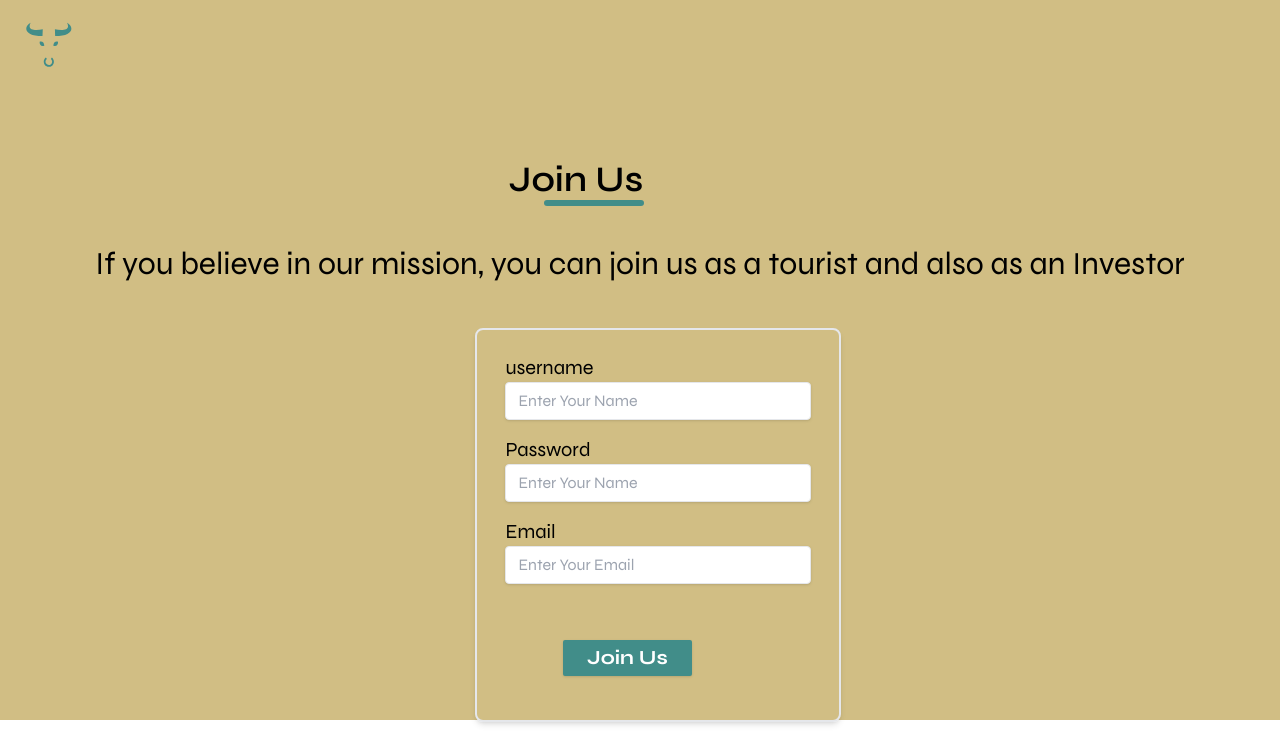
Repository: EngrAhmadUmar/landing-page
Page: /register
These files come from the project's save history. The page is drawn as it stood at one moment and after the next save; the edit follows.
The browser window is 1280 px wide. The pictures show the whole page.
The project was rebuilt for these pictures with package versions that can differ from the ones it lists, and the page was loaded fresh each time. The framework's server and built-in components were replaced by stand-ins that run in the browser. Also part of the build but not shown: next.config.js, src/Components/ApplyPageComponents/ApplyForm.jsx, src/Components/ApplyPageComponents/LoginForm.jsx.

Above is the page before, as saved 2022-07-06 10:40:32.

### pages/_app.js
import "../styles/globals.css";
import { ApolloClient, InMemoryCache, ApolloProvider } from "@apollo/client";

//apollo clients
const client = new ApolloClient({
  uri: "http://localhost:1337/graphql",
  cache: new InMemoryCache()
});

function MyApp({ Component, pageProps }) {
  return (
    <ApolloProvider client={client}>
      <Component {...pageProps} />
    </ApolloProvider>
  );
}

export default MyApp;

### pages/register.js
import React from "react";
import { RegisterForm } from "../src/Components/ApplyPageComponents/Index";

export default function Login() {
  return (
    <React.Fragment>
      <div className="bg-[#d1be84] h-[100vh]">
        <RegisterForm />
      </div>
    </React.Fragment>
  );
}

### styles/globals.css
@import url("https://fonts.googleapis.com/css2?family=Poppins:wght@400;500;600&family=Syne:wght@400;500;600;700&display=swap");

@tailwind base;
@tailwind components;
@tailwind utilities;

### src/Components/ApplyPageComponents/Index.jsx
export { default as ApplyForm } from "./ApplyForm";
export { default as LoginForm } from "./LoginForm";
export { default as RegisterForm } from "./RegisterForm";

### src/Components/ApplyPageComponents/RegisterForm.jsx
import { gql, useMutation } from "@apollo/client";
import Head from "next/head";
import Image from "next/image";
import { useState } from "react";
import styles from "../../../styles/Home.module.css";

const reg = gql`
  mutation joinUs($username: String!, $email: String!, $password: String!) {
    register(
      input: { username: $username, email: $email, password: $password }
    ) {
      jwt
      user {
        id
        email
      }
    }
  }
`;

const JoinUs = () => {
  const [username, setUsername] = useState("");
  const onChangeUsername = (e) => {
    setUsername(e.target.value);
  };
  const [email, setEmail] = useState("");
  const onChangeEmail = (e) => {
    setEmail(e.target.value);
  };
  const [password, setPassword] = useState("");
  const onChangePassword = (e) => {
    setPassword(e.target.value);
  };

  const [joinUs, { data, loading, error }] = useMutation(reg, {
    variables: {
      username: username,
      email: email,
      password: password
    }
  });

  const onSubmit = (e) => {
    e.preventDefault();
    if (username === "" || email === "" || password === "") {
      return alert("please fill in all fields");
    }
    joinUs(username, password, email);

    setEmail("");
    setPassword("");
    setUsername("");
  };

  return (
    <div className=" font-syne " id="joinUs">
      <Head>
        <title>Welcome to GGV</title>
        <meta name="description" content="Join Our Family" />
      </Head>
      <div className="w-[50px] h-40 pt-5 ml-6">
        <Image
          src="/logo.svg"
          layout="responsive"
          width={5}
          height={5}
          opacity={100}
        />
      </div>
      <div className="">
        <div className="max-w-[90vw]">
          <h3 className="text-4xl font-semibold text-center ">Join Us</h3>
          <div className={`${styles.header} ${"text-center w-[85vw]"}`}></div>
        </div>

        <p className="text-center mt-8 px-4 leading-loose text-[1.3rem] md:text-[1.5rem] lg:text-[2rem] lg:px-[4rem]">
          If you believe in our mission, you can join us as a tourist and also
          as an Investor{" "}
        </p>
      </div>

      <div className="max-w-md md:max-w-3xl lg:max-w-full ml-[5vh] mt-8 flex items-center justify-center">
        <form
          onSubmit={onSubmit}
          className="pt-6 pb-8 mb-4 border-2 rounded-lg shadow-md px-7 border-gray "
        >
          <div className="mb-4">
            <label className="text-lg md:text-xl">username</label>
            <input
              type="text"
              name="username"
              value={username}
              onChange={(e) => onChangeUsername(e)}
              placeholder="Enter Your Name"
              className="w-full px-3 py-2 leading-tight text-gray-700 border rounded shadow appearance-none focus:outline-none focus:shadow-outline"
            />
          </div>
          <div className="mb-4">
            <label className="text-lg md:text-xl">Password</label>
            <input
              type="text"
              name="password"
              value={password}
              onChange={onChangePassword}
              placeholder="Enter Your Name"
              className="w-full px-3 py-2 leading-tight text-gray-700 border rounded shadow appearance-none focus:outline-none focus:shadow-outline"
            />
          </div>
          <div className="mb-6">
            <label className="text-lg md:text-xl">Email</label>
            <input
              type="email"
              className="w-full px-3 py-2 leading-tight text-gray-700 border rounded shadow appearance-none focus:outline-none focus:shadow-outline"
              name="email"
              onChange={onChangeEmail}
              placeholder="Enter Your Email"
              value={email}
            />
          </div>

          {/* <div>
            <label className="text-lg md:text-xl">Password</label>
            <input
              type="text"
              ref={passwordInputRef}
              className="w-full px-3 py-2 leading-tight text-gray-700 border rounded shadow appearance-none focus:outline-none focus:shadow-outline"
              placeholder="Enter Your Password"
              value={enteredPassword}
              onChange={passwordChangeHandler}
            />
          </div> */}
          {/* <div className="flex items-center mt-4">
            <div>
              <input type="checkbox" className="mr-2 leading-tight" />
              <span className="text-sm text-center md:text-lg">Tourist</span>
            </div>
            <div className="ml-5">
              <input type="checkbox" className="mr-2 leading-tight" />
              <span className="text-sm text-center md:text-xl">Investor</span>
            </div>
          </div> */}

          <div className="mt-5 ml-[8vh]">
            <button className="shadow bg-green focus:shadow-outline focus:outline-none text-white font-bold px-6 md:text-xl bg-[#418d89] rounded-sm mt-8 mb-3 py-1">
              {loading ? "Sending" : "Join Us"}
            </button>
          </div>
        </form>
      </div>
      <>
        {data && (
          <div>
            <h1>Token: {data.register?.jwt}</h1>
            <span>UserID: {data.register.user?.id} </span>
            <span>UserEmail: {data.register.user?.email} </span>
          </div>
        )}
      </>

      <div></div>
    </div>
  );
};

export default JoinUs;

### styles/Home.module.css
.header {
  position: relative;
  font-size: clamp(3.8rem, -0.875rem + 8.333vw, 3.5rem);
}

/* .headerContainer {
  max-width: 300px;
} */

.header::before {
  content: "";
  position: absolute;
  background: #418d89;
  width: 100px;
  height: 6px;
  border-radius: 40px;
  font-family: "Syne";
}

.bgImage {
  animation: fadeIn ease-out 2s both;
  /* animation-delay: 1.5s; */
}

.heroText {
  animation: slideUp 0.75s 0.5s cubic-bezier(0.17, 0.88, 0.32, 1.27) both,
    fadeIn -25s 0.5s ease-out both;
}

@keyframes slideUp {
  from {
    transform: translateY(500%);
  }
  to {
    transform: translateY(-10%);
  }
}

@keyframes fadeIn {
  from {
    opacity: 0;
  }
  to {
    opacity: 1;
  }
}

### tailwind.config.js
/** @type {import('tailwindcss').Config} */
module.exports = {
  content: [
    "./pages/**/*.{js,ts,jsx,tsx}",
    "./components/**/*.{js,ts,jsx,tsx}",
    "./src/Components/**/*.{js,ts,jsx,tsx}"
  ],
  theme: {
    extend: {
      colors: {
        black: "#000107",
        green: "#418D89"
      },
      fontFamily: {
        syne: ["Syne"]
      }
    }
  },
  plugins: []
};

After the next save:
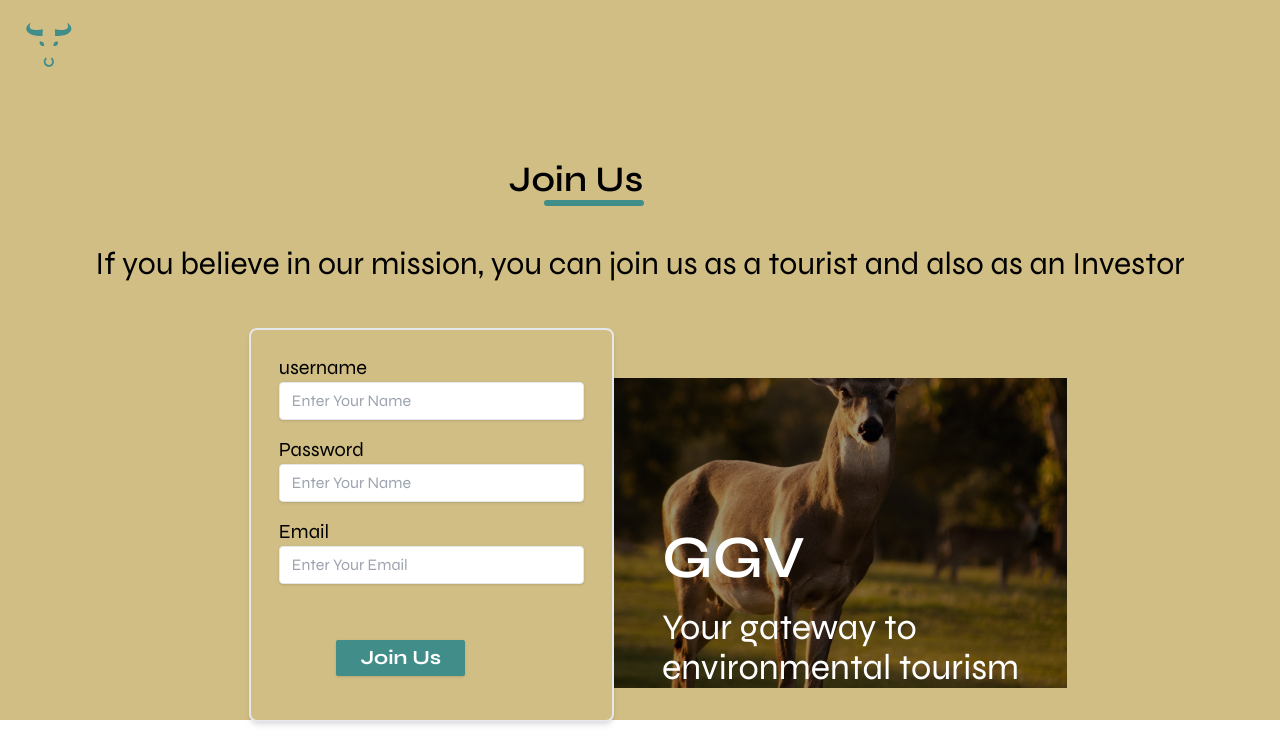
Saved 82 s later.
--- a/src/Components/ApplyPageComponents/RegisterForm.jsx
+++ b/src/Components/ApplyPageComponents/RegisterForm.jsx
@@ -146,6 +146,18 @@ const JoinUs = () => {
             </button>
           </div>
         </form>
+
+        <div className="md:flex hidden text-white bg-[url('/apply_for_visa_bg.png')]  bg-cover bg-no-repeat sm:bg-center md:bg-bottom lg:bg-bottom xl:bg-bottom 2xl:center">
+          <div className="mt-[50px] md:mt-[150px] mx-4 md:mx-12">
+            <h3 className="  text-4xl md:text-5xl lg:text-6xl font-semibold">
+              GGV
+            </h3>
+            <p className="max-w-md md:max-w-xl text-2xl md:text-4xl mt-5">
+              Your gateway to <br></br>environmental tourism
+            </p>
+          </div>
+          <div></div>
+        </div>
       </div>
       <>
         {data && (
